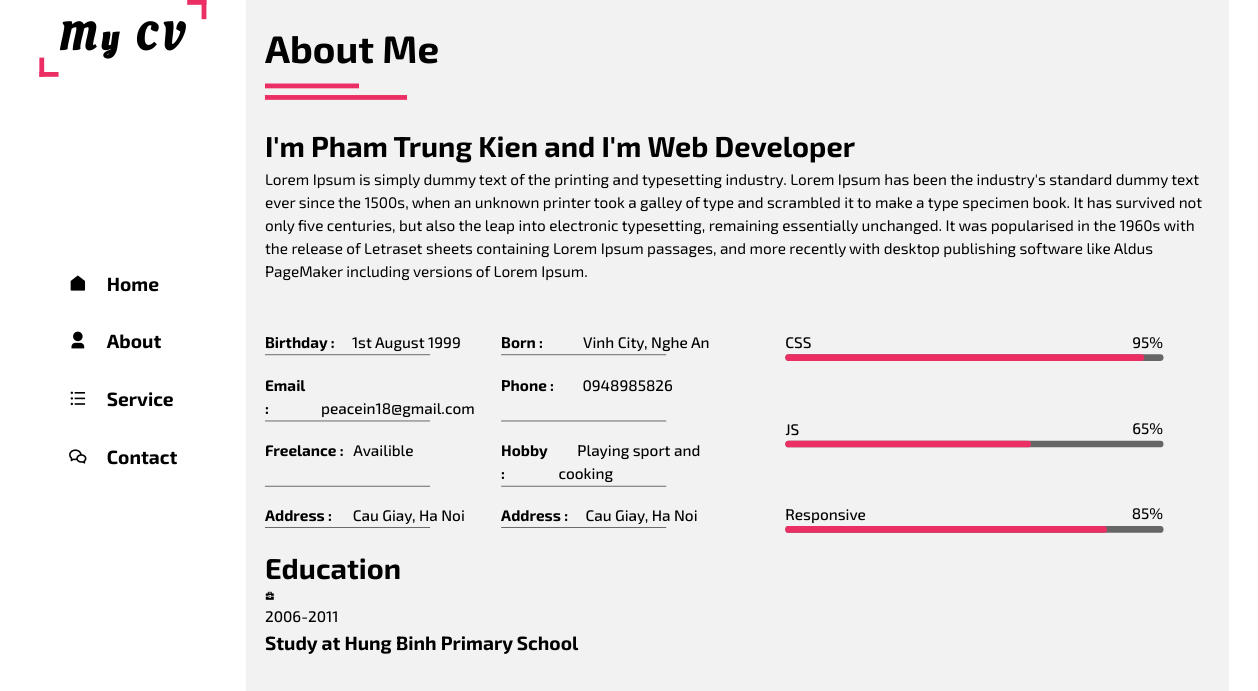
Repository: kien181999/First-Project
Page: index.html
These files come from the project's save history. The page is drawn as it stood at one moment and after the next save; the edit follows.
The browser window is 1280 px wide. The page is 1310 px wide, so the pictures cover 1310 px, including what lies to the right of the window. The pictures show the whole page, at 96% of full size.
The style sheet was rebuilt from its Sass, Less or Tailwind sources for each picture, by a compiler version that may differ from the author's.

Above is the page before, as saved 2022-06-02 16:19:17.

After the next save:
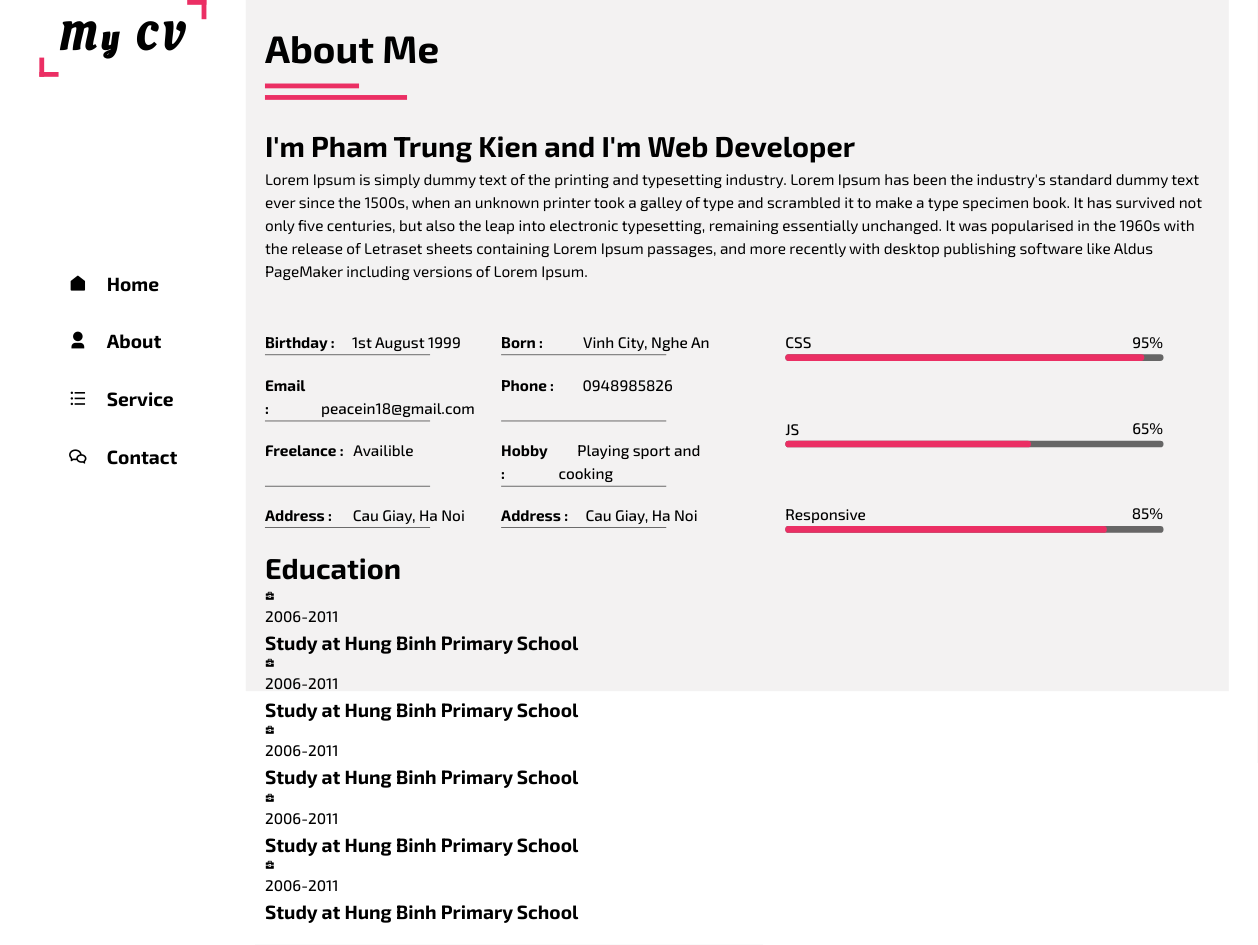
Saved 14 s later.
--- a/index.html
+++ b/index.html
@@ -160,6 +160,50 @@
                             </div>
                         </div>
                     </div>
+                    <div class="about-education__bio">
+                        <div class="about-education__infor">
+                            <div class="about-education__timeline">
+                                <i class="ri-briefcase-4-fill about-education__icon "></i>
+                                <h4 class="heading-4">2006-2011</h4>
+                            </div>
+                            <div class="about-education-name">
+                                <h3 class="heading-3">Study at Hung Binh Primary School</h3>
+                            </div>
+                        </div>
+                    </div>
+                    <div class="about-education__bio">
+                        <div class="about-education__infor">
+                            <div class="about-education__timeline">
+                                <i class="ri-briefcase-4-fill about-education__icon "></i>
+                                <h4 class="heading-4">2006-2011</h4>
+                            </div>
+                            <div class="about-education-name">
+                                <h3 class="heading-3">Study at Hung Binh Primary School</h3>
+                            </div>
+                        </div>
+                    </div>
+                    <div class="about-education__bio">
+                        <div class="about-education__infor">
+                            <div class="about-education__timeline">
+                                <i class="ri-briefcase-4-fill about-education__icon "></i>
+                                <h4 class="heading-4">2006-2011</h4>
+                            </div>
+                            <div class="about-education-name">
+                                <h3 class="heading-3">Study at Hung Binh Primary School</h3>
+                            </div>
+                        </div>
+                    </div>
+                    <div class="about-education__bio">
+                        <div class="about-education__infor">
+                            <div class="about-education__timeline">
+                                <i class="ri-briefcase-4-fill about-education__icon "></i>
+                                <h4 class="heading-4">2006-2011</h4>
+                            </div>
+                            <div class="about-education-name">
+                                <h3 class="heading-3">Study at Hung Binh Primary School</h3>
+                            </div>
+                        </div>
+                    </div>
                 </div>
             </section>
         </div>
